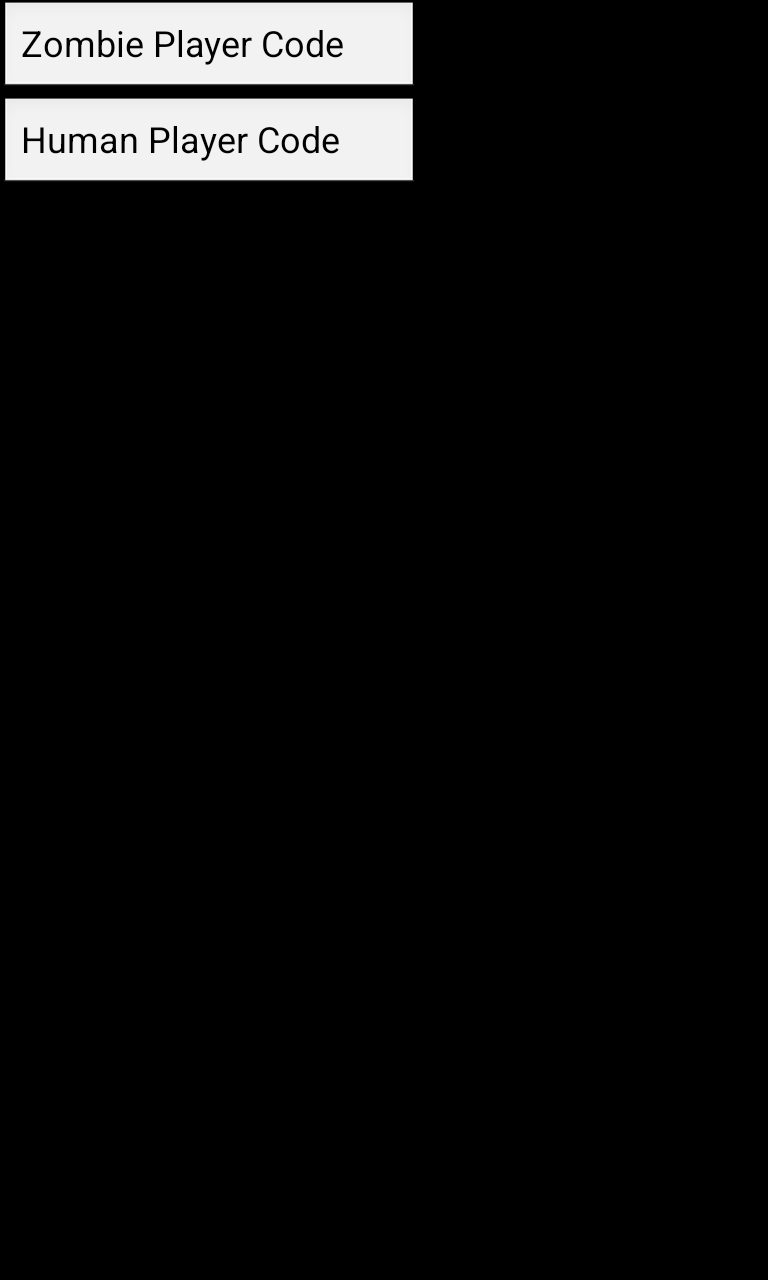
Repository: rolsen/HvZ
Layout: HvZ_phone/res/layout/report.xml
These files come from the project's save history. The layout is drawn as it stood at one moment and after the next save; the edit follows.
It is drawn on a 768 x 1280 px phone screen (xhdpi) without system bars, with theme android:Theme; the app's code is not run.

Above is the layout before, as saved 2011-11-06 23:21:56.

### HvZ_phone/res/layout/report.xml
<?xml version="1.0" encoding="utf-8"?>
<LinearLayout xmlns:android="http://schemas.android.com/apk/res/android"
    android:layout_width="match_parent"
    android:layout_height="match_parent"
    android:orientation="vertical" >

        <EditText
        android:id="@+id/zombie"
        android:layout_width="209dp"
        android:layout_height="wrap_content"
        android:inputType="number"
        android:text="@string/zombie_label" />

        <EditText
        android:id="@+id/human"
        android:layout_width="209dp"
        android:layout_height="wrap_content"
        android:inputType="number"
        android:text="@string/human_label" />


</LinearLayout>

### HvZ_phone/res/values/strings.xml
<?xml version="1.0" encoding="utf-8"?>
<resources>

    <string name="hello">Humans Versus Zombies Android Application</string>
    <string name="app_name">HvZ</string>
    <string name="menu_text">Function call to get player list here!</string>
    <string name="menu_title">Player List Menu Title</string>
    <string name="players">Player List</string>
    <string name="zombie_label">Zombie Player Code</string>
    <string name="human_label">Human Player Code</string>

</resources>

After the next save:
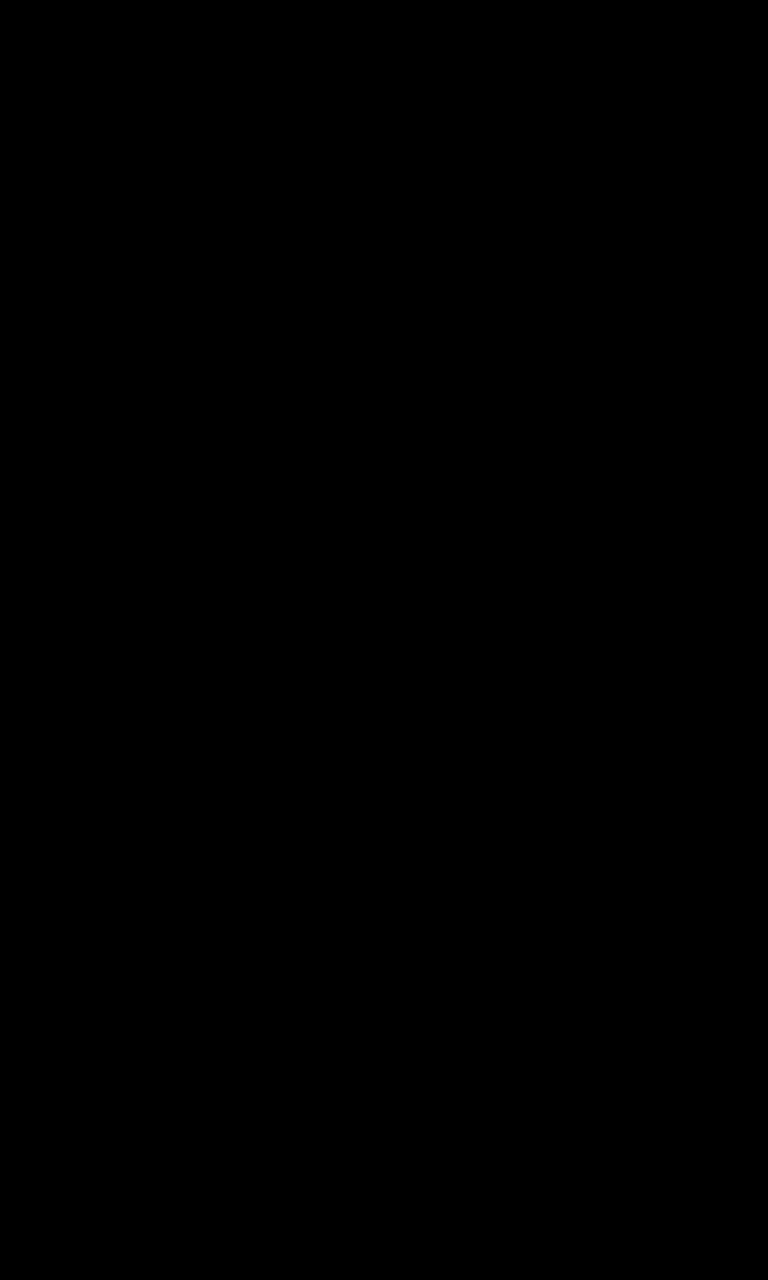
Saved 28 s later.
--- a/HvZ_phone/res/layout/report.xml
+++ b/HvZ_phone/res/layout/report.xml
@@ -4,7 +4,7 @@
     android:layout_height="match_parent"
     android:orientation="vertical" >
 
-        <EditText
+   <!--      <EditText
         android:id="@+id/zombie"
         android:layout_width="209dp"
         android:layout_height="wrap_content"
@@ -18,5 +18,5 @@
         android:inputType="number"
         android:text="@string/human_label" />
 
-
+-->
 </LinearLayout>

After the 2 saves that followed:
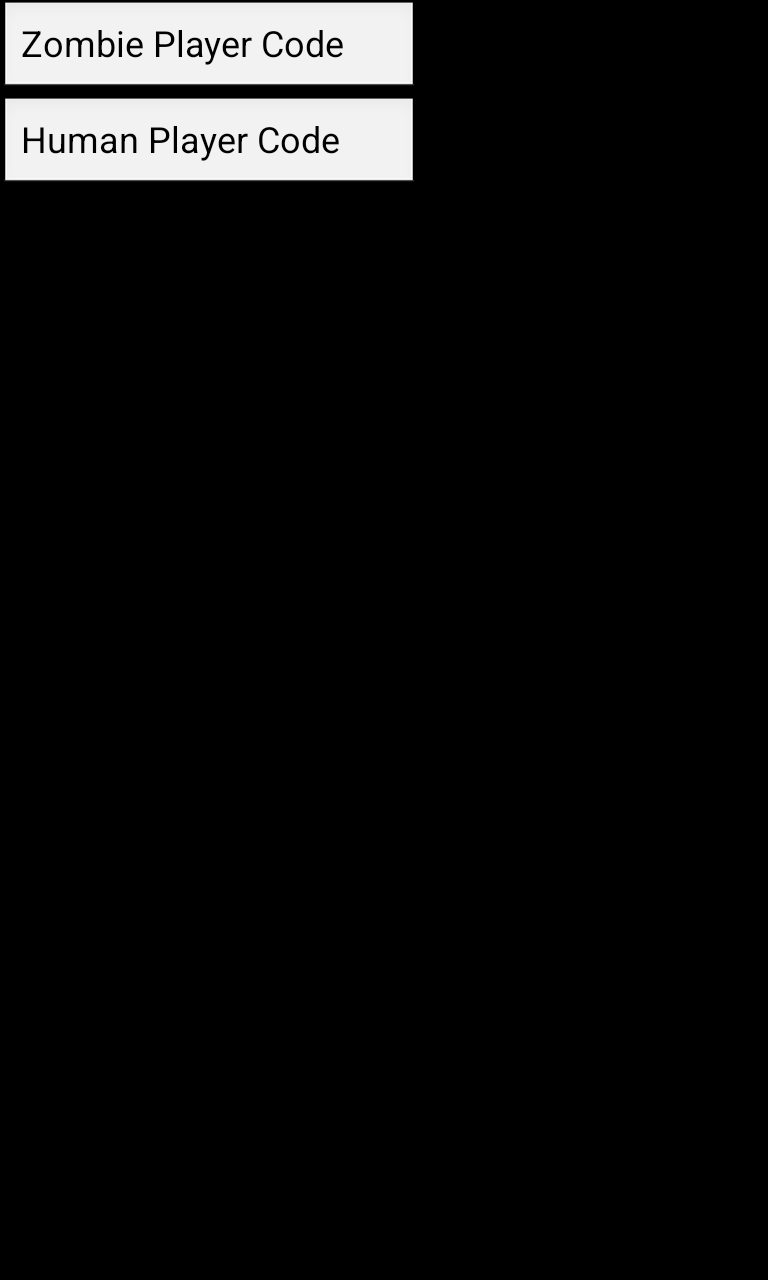
The 2 saves are shown as one change because 1 did not build or start.
The last was saved 70 s later.
--- a/HvZ_phone/res/layout/report.xml
+++ b/HvZ_phone/res/layout/report.xml
@@ -4,7 +4,7 @@
     android:layout_height="match_parent"
     android:orientation="vertical" >
 
-   <!--      <EditText
+         <EditText
         android:id="@+id/zombie"
         android:layout_width="209dp"
         android:layout_height="wrap_content"
@@ -18,5 +18,4 @@
         android:inputType="number"
         android:text="@string/human_label" />
 
--->
 </LinearLayout>
